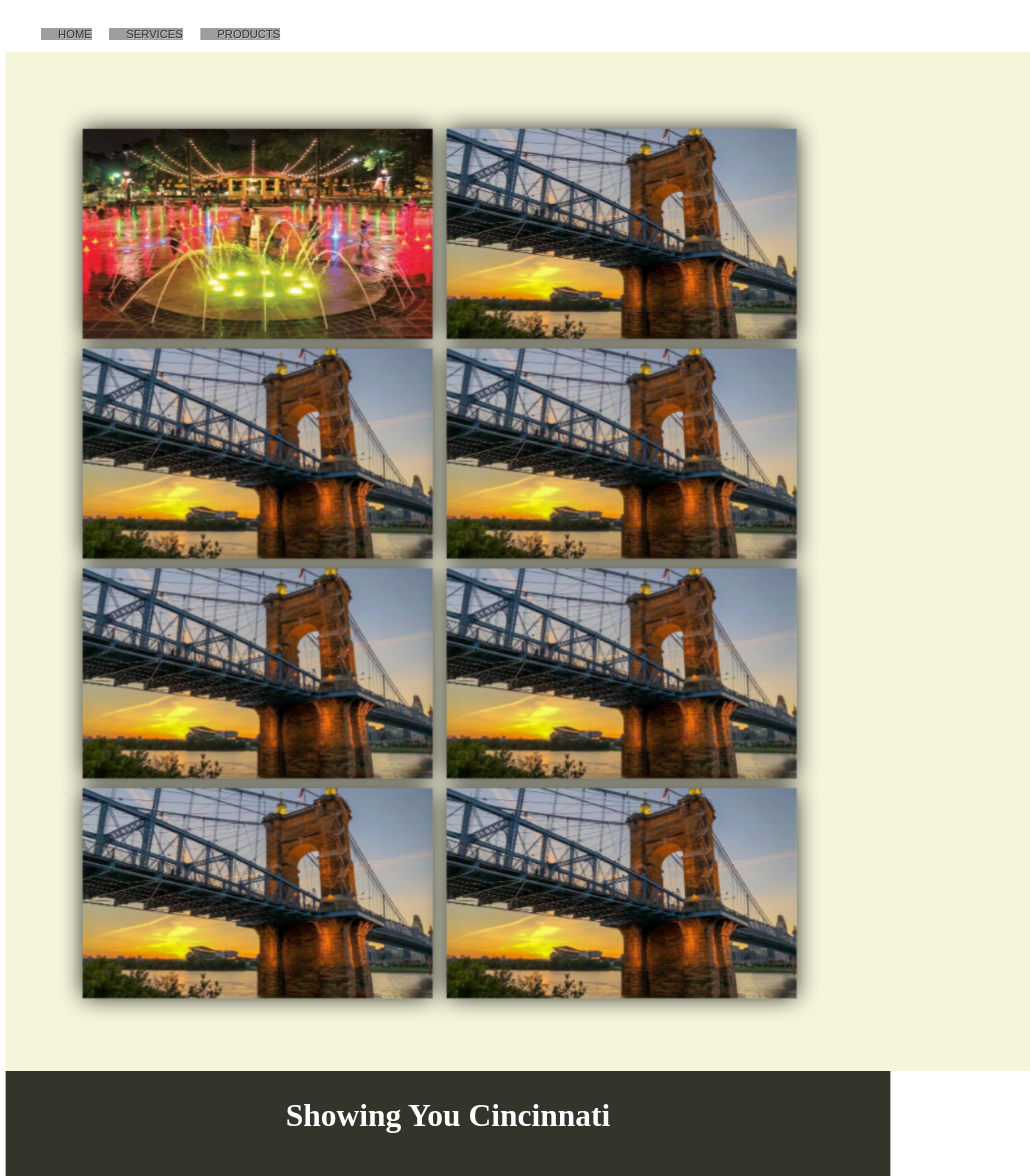
Repository: LtGriff/capstoneprogress
Page: index.html
An editor plug-in stored every save of this project. The page is shown before and after the next save, followed by the edit.
The browser window is 1280 px wide. The page is 1472 px wide, so the pictures cover 1472 px, including what lies to the right of the window. The pictures show the part of the page from y = 0 to 1680 px (the page is 4090 px tall), at 70% of full size.
Pictures or frames that could not be fetched are drawn as grey boxes.

Above is the page before, as saved 2022-06-06 03:37:34.
Console error: TypeError: Cannot read properties of null (reading 'addEventListener')

After the next save:
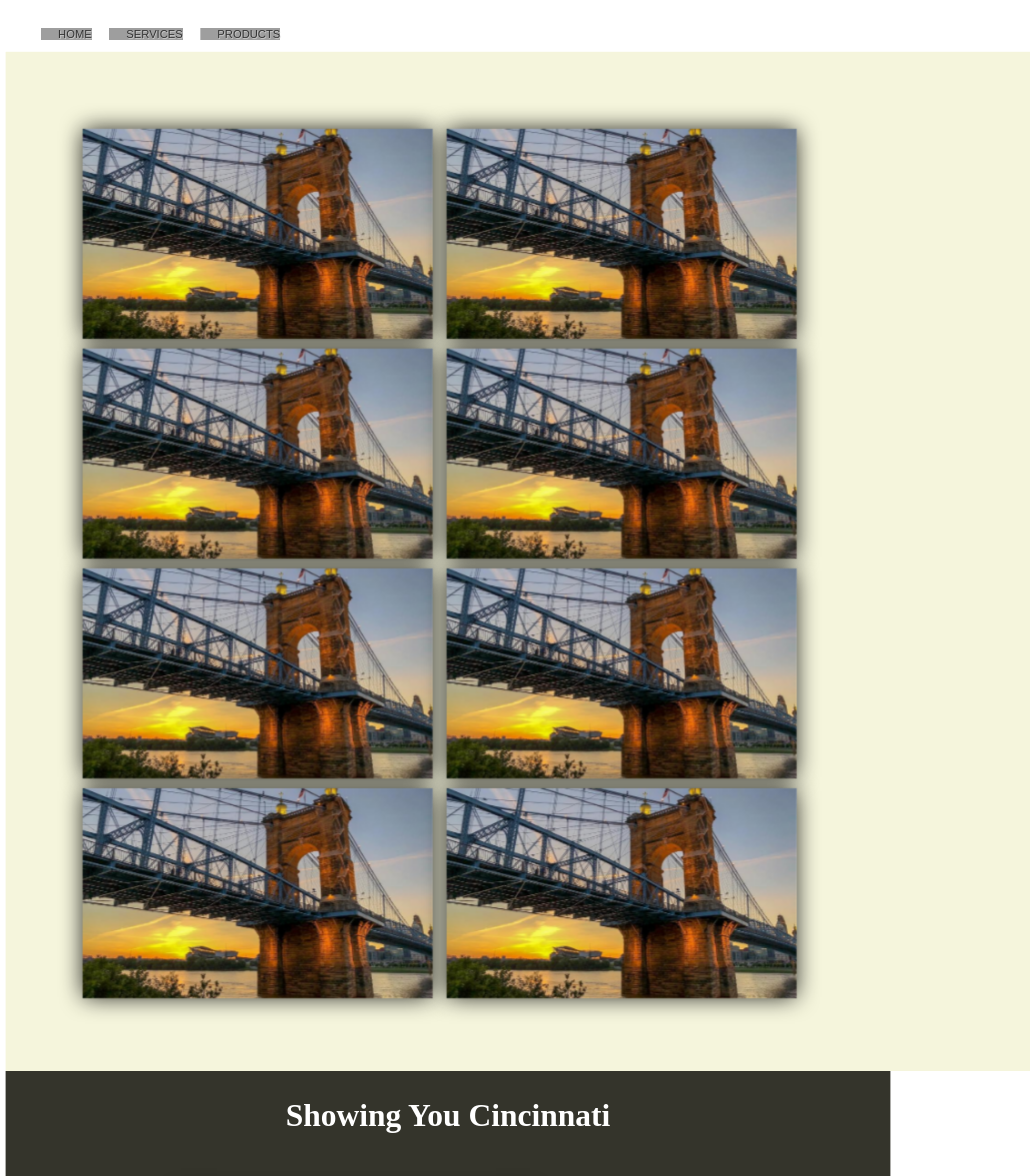
Saved 8 min 58 s later.
--- a/index.html
+++ b/index.html
@@ -25,12 +25,10 @@
 
           <div class="card">
                <div class="card__face card__face--front">
-                    <img src="img/Park.jpg" alt="bridge">
+                    <img src="img/bridge.jpg" alt="bridge">
                </div>
-
                <div class="card__face card__face--back">
-               </div>
-
+ </div>
           </div>
 
 
